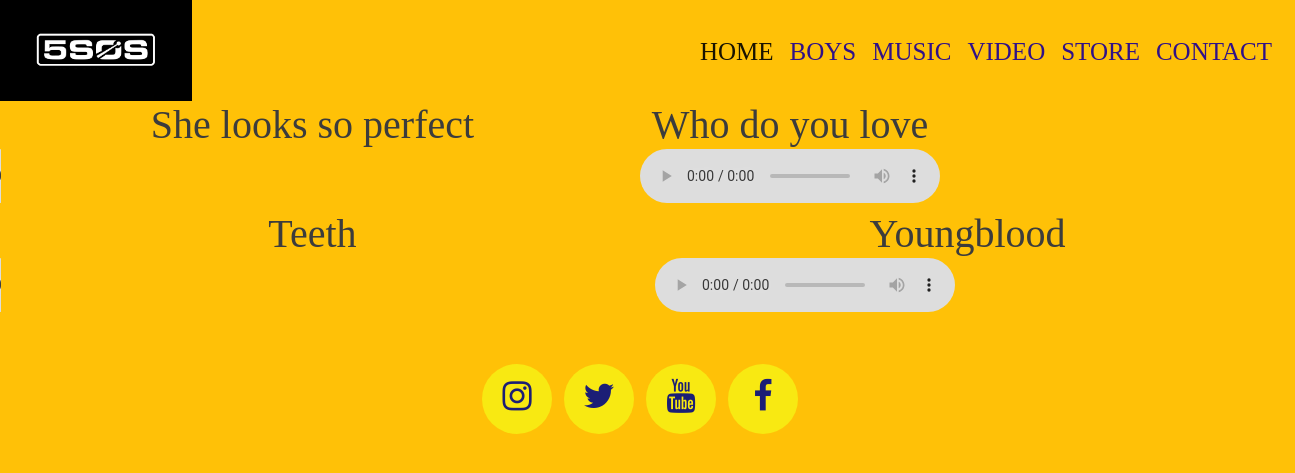
Repository: sun5lower/5SOS
Page: music.html
The author's editor kept a record of every edit. The page is drawn from the files as they stood at one moment, then again after the next edit.
The browser window is 1280 px wide. The page is 1295 px wide, so the pictures cover 1295 px, including what lies to the right of the window. The pictures show the whole page.

Above is the page before.

After the next edit:
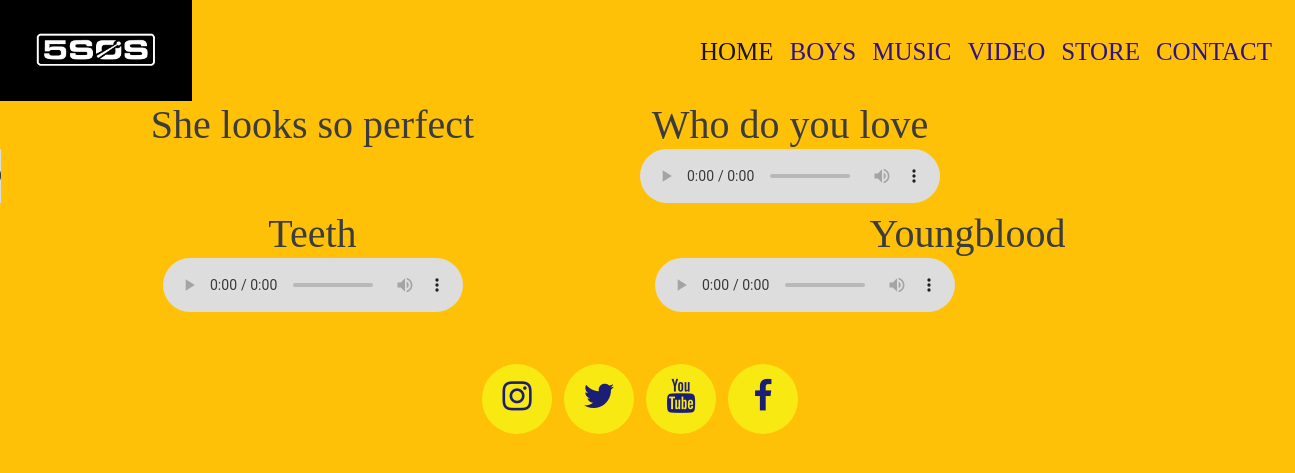
The edit:
--- a/music.html
+++ b/music.html
@@ -74,7 +74,7 @@
 
  </audio>
                 </div>
-                <div class="col-md-6 col-sm-12 ">
+                <div class="col-md-6 col-sm-12 audio-file ">
                     <h1 class="title">Teeth</h1>
                     <audio controls>
         <h1 class="title"> Youngblood</h1>
